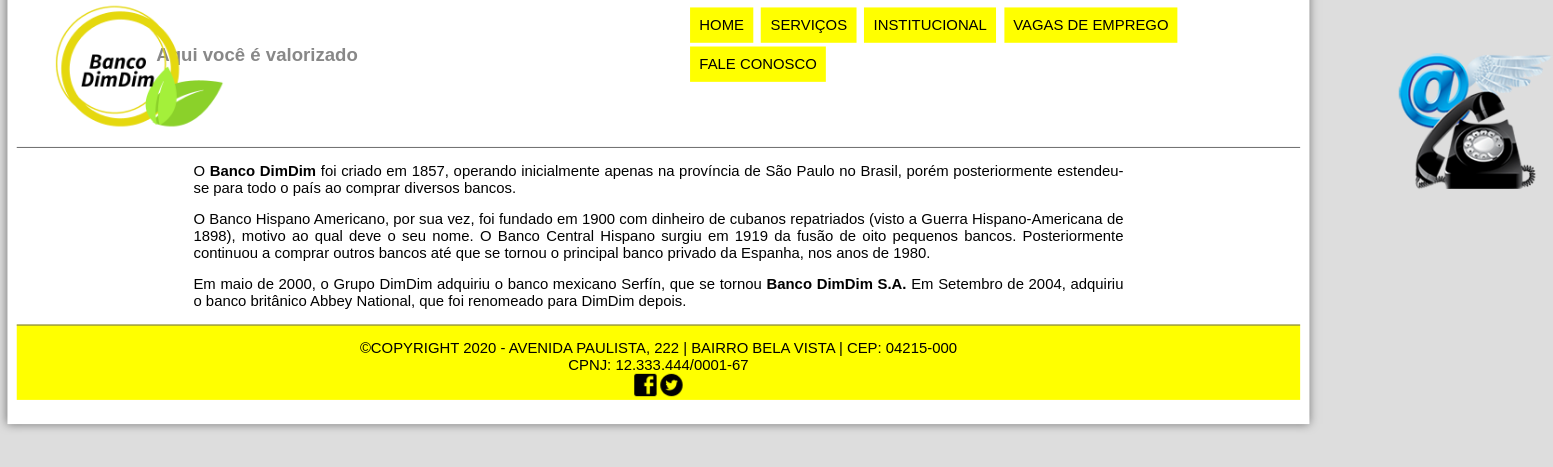
Repository: marceloShibuya/DevOps
Page: http://localhost/Nac_DevOPS/contato.jsp
An editor plug-in stored every save of this project. The page is shown before and after the next save, followed by the edit.
The browser window is 1280 px wide. The page is 1670 px wide, so the pictures cover 1670 px, including what lies to the right of the window. The pictures show the whole page, at 93% of full size.
Some web fonts or font styles are not loaded; a fallback is used. The page is served by Tomcat 9. Other server files are loaded and not shown.

Above is the page before, as saved 2020-02-25 00:38:44.

### Nac_DevOPS/WebContent/contato.jsp
<%@ page language="java" contentType="text/html; charset=ISO-8859-1"
    pageEncoding="ISO-8859-1"%>
<!DOCTYPE html>
<html>
<head>
	<meta charset="utf-8">
	<title>Nac DevOPS</title>
	<link rel="stylesheet" type="text/css" href="_css/estilo.css">
</head>
<script src="_javascript/funcoes.js"></script>
<body>
<div id="interface">
	<header id="cabecalho">
		<hgroup>
			<h2>Aqui você é valorizado</h2>
		</hgroup>
		<img id="icone" src="_imagens/logo_DimDim.png">
		<img id="icone_2" src="_imagens/contato.png">
	<nav id="menu">
		<ul>
			<li onmouseover="mudaFoto('_imagens/home.png')"
			onmouseout="mudaFoto('_imagens/contato.png')"><a href="index.jsp">Home</a></li>
			<li onmouseover="mudaFoto('_imagens/especificacoes.png')"
			onmouseout="mudaFoto('_imagens/contato.png')"><a href="servicos.jsp">Serviços</a></li>
			<li onmouseover="mudaFoto('_imagens/inst.jpg')"
			onmouseout="mudaFoto('_imagens/contato.png')"><a href="institucional.jsp">Institucional</a></li>
			<li onmouseover="mudaFoto('_imagens/emprego.png')"
			onmouseout="mudaFoto('_imagens/contato.png')"><a href="emprego.jsp">Vagas de emprego</a></li>
			<li onmouseover="mudaFoto('_imagens/contato.png')"
			onmouseout="mudaFoto('_imagens/contato.png')"><a href="contato.html">Fale Conosco</a></li>
		</ul>
	</nav>
	</header>
<section id="corpo">

	<p>O <b>Banco DimDim</b> foi criado em 1857, operando inicialmente apenas na província de São Paulo no Brasil, porém posteriormente estendeu-se para todo o país ao comprar diversos bancos.</p>

	<p>O Banco Hispano Americano, por sua vez, foi fundado em 1900 com dinheiro de cubanos repatriados (visto a Guerra Hispano-Americana de 1898), motivo ao qual deve o seu nome. O Banco Central Hispano surgiu em 1919 da fusão de oito pequenos bancos. Posteriormente continuou a comprar outros bancos até que se tornou o principal banco privado da Espanha, nos anos de 1980.</p>

	<p>Em maio de 2000, o Grupo DimDim adquiriu o banco mexicano Serfín, que se tornou <b>Banco DimDim S.A.</b> Em Setembro de 2004, adquiriu o banco britânico Abbey National, que foi renomeado para DimDim depois.</p>


</section>

<footer id="rodape">
<p>&copy;Copyright 2020 - Avenida Paulista, 222 | Bairro Bela Vista | CEP: 04215-000 <br>
	CPNJ: 12.333.444/0001-67 <br>
<a href="http://facebook.com" target="_blank" ><img src="_imagens/facebook.png"></a>
<a href="http://twitter.com" target="_blank"><img src="_imagens/twitter.png"></a></p>
</footer>
</div>
</body>
</html>

### Nac_DevOPS/WebContent/_css/estilo.css
@import url('https://fonts.googleapis.com/css?family=Titillium+Web&display=swap');
@font-face {
	font-family: 'FonteLogo';
	src: url("../_fonts/bubblegum-sans-regular.otf");
}

body{
	font-family: arial, sans-serif;
	background-color: #dddddd;
	color: rgba(0,0,0,1);
	}

div#interface {
	width: 1380px;
	background-color: #ffffff;
	margin: -20px auto 0px auto;
	box-shadow: 0px 0px 10px rgba(0,0,0,.5);
	padding: 30px 10px 10px 10px;
}

header#cabecalho img#icone_2 {
	position: absolute;
	left: 1500px;
	top: 50px;
}

header#cabecalho img#icone {
	position: absolute;
	left: 50px;
	top: -20px;
}

header#cabecalho {
	border-bottom: 1px #606060 solid;
	height: 110px;
}

header#cabecalho h2 {
	font-family: 'Titillium Web', sans-serif;
	font-size: 15pt;
	color: #888888;
	padding: 0px;
	margin-top: 30px;
	margin-left: 150px;
}

p {
	font-family: 'FonteLogo', sans-serif;
	text-align: justify;
}

/* Formatação da foto */


figure.foto-legenda{
	position: relative;
	border: 8px solid white;
	box-shadow: 1px 1px 4px black;
}

figure.foto-legenda img{
	width: 100%;
	height: 100%;
}

figure.foto-legenda figcaption{
	position: absolute;
	top: 0px;
	background-color: rgba(0,0,0,.4);
	color: white;
	width: 100%;
	height: 100%;
	padding: 10px;
	box-sizing: border-box;
	opacity: 0;
	transition: opacity 1s;
}

figure.foto-legenda:hover figcaption{
	opacity: 1;
}

/*  Formatação do Menu*/


nav#menu{
	display: block;
}

nav#menu ul{
	list-style: none;
	text-transform: uppercase;
	position: absolute;
	top: -10px;
	left:700px;
}

nav#menu li{
	display: inline-block;
	background-color: #ffff00;
	padding: 10px;
	margin: 2px;
	transition: background-color 1s;
}

nav#menu li:hover{
	background-color: #ffff00;
	color: #ffffff;
}

nav#menu h1{
	display: none;
}

nav#menu a{
	color: #000000;
	text-decoration: none;
}

nav#menu a:hover{
	color: #ffff;
}

.login__content {
	margin-left: 1020px;
	margin-top: -25px;
	display: block;
	flex-direction: row;
	justify-content: center;

}

.login__title {
	margin-top: -20px;
	margin-left: 600px;
}

input#cpf {
	border-style: solid;
	border-color: #ffff00;
	box-shadow: 1px 1px 4px black;
}

input#senha {
	border-style: solid;
	border-color: #ffff00;
	box-shadow: 1px 1px 4px black;
}

.btn-full {
	background-color: #ffff00;
	text-transform: uppercase;
	box-shadow: 1px 1px 4px black;
	cursor:pointer;
}

span{
	color:white;
}

/* Formatação da Section */

section#corpo {
	display: block;
	width: 1000px;
	margin: auto;
}


footer#rodape {
	clear: both;
	border-top: 1px solid #606060;
	background-color: #ffff00;
}

footer#rodape p{
	text-transform: uppercase;
	text-align: center;
	font-family: 'Titillium Web', sans-serif;
}

### Nac_DevOPS/WebContent/_javascript/funcoes.js
function mudaFoto(foto){
	document.getElementById('icone_2').src = foto;
}

After the next save:
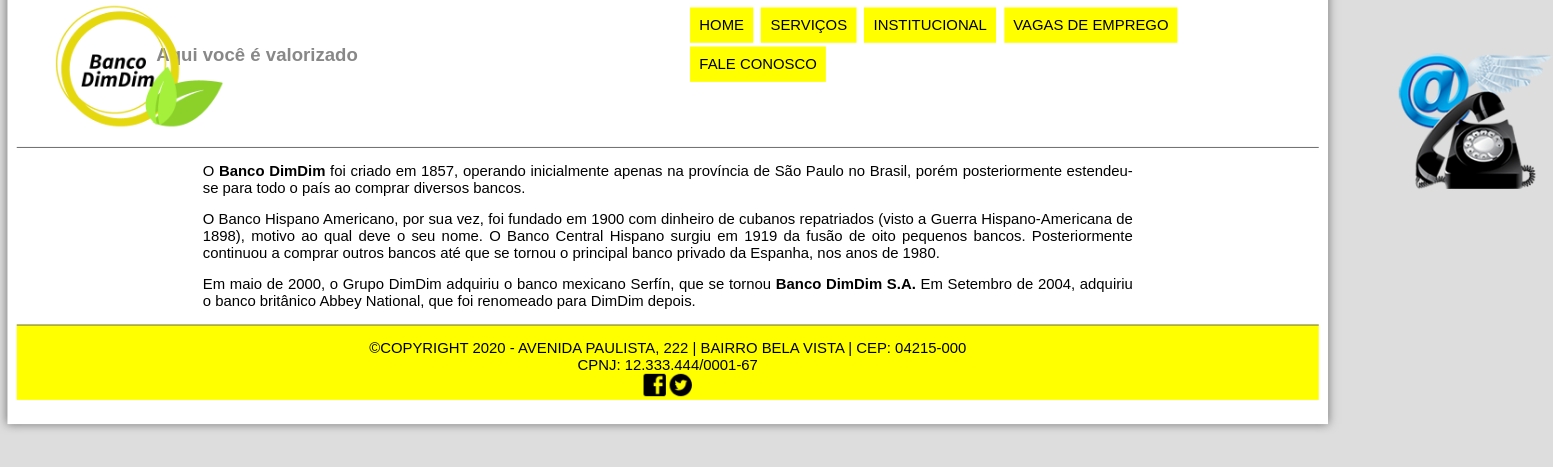
Saved 65 s later.
--- a/Nac_DevOPS/WebContent/_css/estilo.css
+++ b/Nac_DevOPS/WebContent/_css/estilo.css
@@ -11,7 +11,7 @@ body{
 	}
 
 div#interface {
-	width: 1380px;
+	width: 1400px;
 	background-color: #ffffff;
 	margin: -20px auto 0px auto;
 	box-shadow: 0px 0px 10px rgba(0,0,0,.5);
